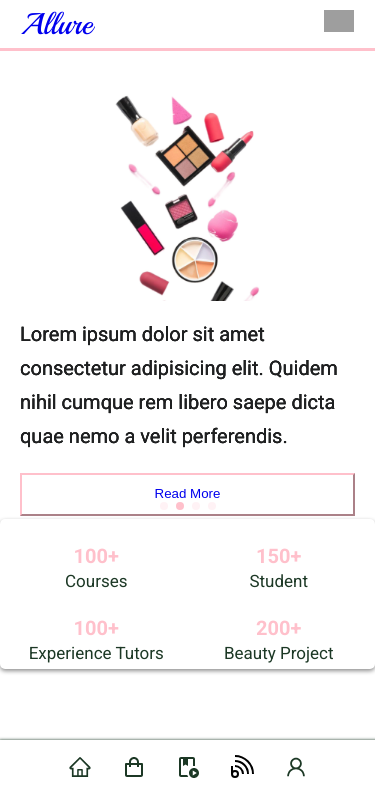
Repository: Benedict-Anthony/Allure-E-commerce-React-Js
Page: /
An editor plug-in stored every save of this project. The page is shown before and after the next save, followed by the edit.
The browser window is 375 px wide. The pictures show the whole page.
Pictures or frames that could not be fetched are drawn as grey boxes. The page's requests for data from a server got no answer. The project was rebuilt for these pictures with package versions that can differ from the ones it lists, and the page was loaded fresh each time. No one was signed in, and anything a server would have sent is missing. Also part of the build but not shown: src/App.css, src/css/courses.css, src/shared/Course.tsx, src/shared/Product.tsx, src/pages/Shop.tsx, src/pages/Tutorials.tsx, src/pages/ProductDetail.tsx, src/components/CourseDetails.tsx and 15 more.

Above is the page before, as saved 2023-02-04 03:29:14.

After the next save:
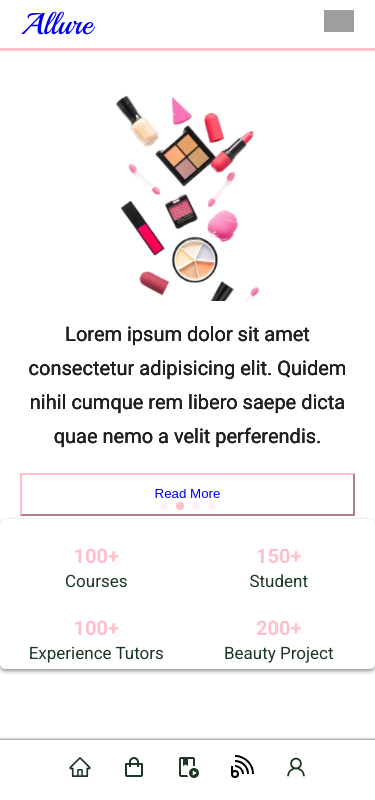
Saved 4 min 8 s later.
--- a/src/css/landing.css
+++ b/src/css/landing.css
@@ -72,7 +72,7 @@
         text-align: center;
     }
 
-    .landing__info {
+    .landing__info p {
         text-align: center;
 
     }
